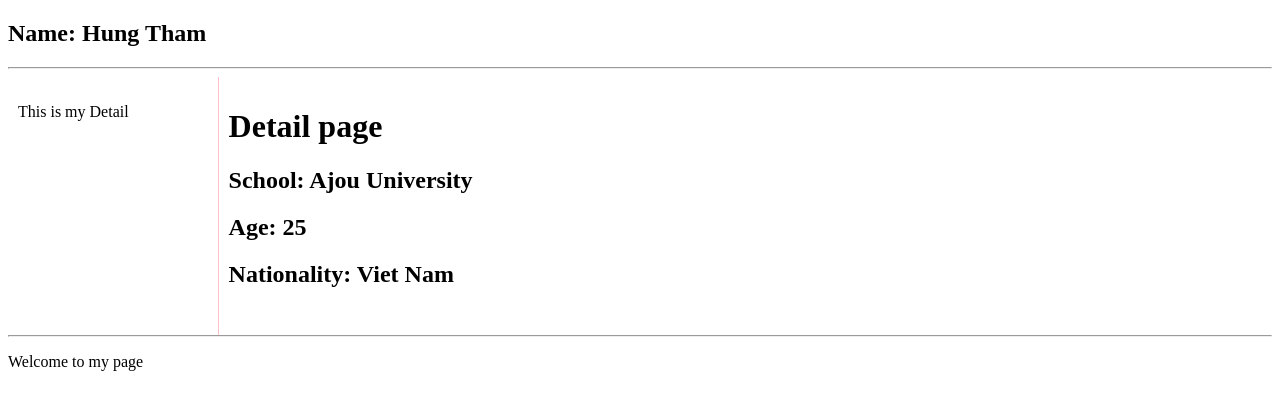
Repository: hunggtham/First-Jsp-and-Servlet-Project
Page: http://localhost/5JspInclude/Detail.jsp
An editor plug-in stored every save of this project. The page is shown before and after the next save, followed by the edit.
The browser window is 1280 px wide. The pictures show the whole page.
The page is served by Tomcat 9.

Above is the page before, as saved 2022-07-24 10:36:21.

### 5JspInclude/src/main/webapp/Detail.jsp
<%@ page language="java" contentType="text/html; charset= UTF-8"
	pageEncoding="UTF-8"%>
<!DOCTYPE html>
<html>
<head>
<meta charset="UTF-8">
<title>Detail Page</title>
</head>
<body>
	<jsp:include page="Header.jsp"></jsp:include>
	<jsp:include page="Menu.jsp"></jsp:include>
	<div
		style="float: left; padding: 10px; width: 80%; border-left: 1px solid pink;">
		<h1>Detail page</h1>
		<h2>School: Ajou University</h2>
		<h2>Age: 25</h2>
		<h2>Nationality: Viet Nam </h2>
		<br />

	</div>
	<jsp:include page="Footer.jsp"></jsp:include>
</body>
</html>

### 5JspInclude/src/main/webapp/Header.jsp
<%@ page language="java" contentType="text/html; charset=UTF-8"
	pageEncoding="UTF-8"%>
<!DOCTYPE html>
<html>
<head>
<meta charset="UTF-8">
<title>HeaderPage</title>
</head>
<body>
	<div>
		<h2>Name: Hung Tham</h2>
		<hr />
	</div>
</body>
</html>

### 5JspInclude/src/main/webapp/Menu.jsp
<%@ page language="java" contentType="text/html; charset=ISO-8859-1"
	pageEncoding="ISO-8859-1"%>
<!DOCTYPE html>
<html>
<head>
<meta charset="ISO-8859-1">
<title>Menu</title>
</head>
<body>
	<div style="float: left; padding: 10px; width: 15%;">
		<p>This is my Detail</p>
	</div>
</body>
</html>

### 5JspInclude/src/main/webapp/Footer.jsp
<%@ page language="java" contentType="text/html; charset=ISO-8859-1"
	pageEncoding="ISO-8859-1"%>
<!DOCTYPE html>
<html>
<head>
<meta charset="ISO-8859-1">
<title>Footer</title>
</head>
<body>
	<div style="clear: both;">
		<hr />
		<p>Welcome to my page</p>
	</div>
</body>
</html>

After the next save:
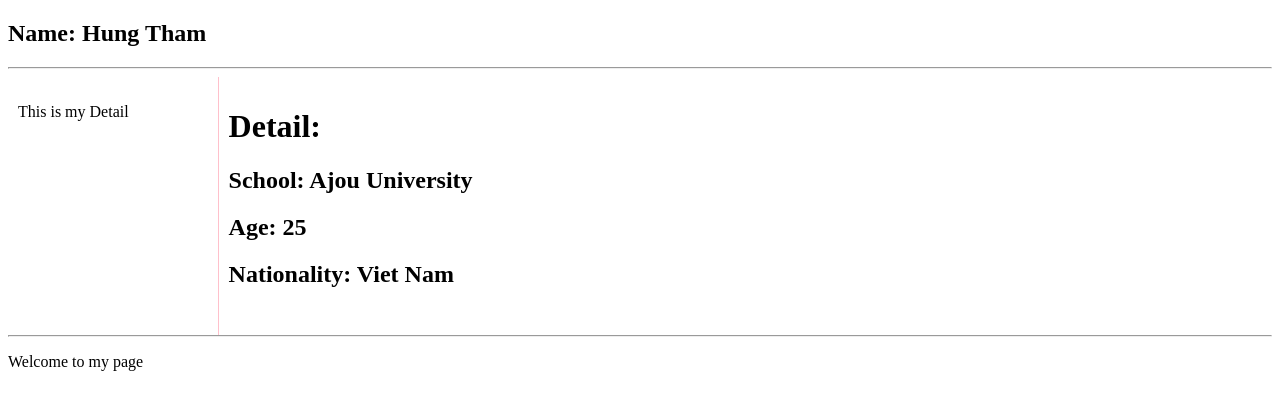
Saved 22 s later.
--- a/5JspInclude/src/main/webapp/Detail.jsp
+++ b/5JspInclude/src/main/webapp/Detail.jsp
@@ -11,7 +11,7 @@
 	<jsp:include page="Menu.jsp"></jsp:include>
 	<div
 		style="float: left; padding: 10px; width: 80%; border-left: 1px solid pink;">
-		<h1>Detail page</h1>
+		<h1>Detail:</h1>
 		<h2>School: Ajou University</h2>
 		<h2>Age: 25</h2>
 		<h2>Nationality: Viet Nam </h2>
